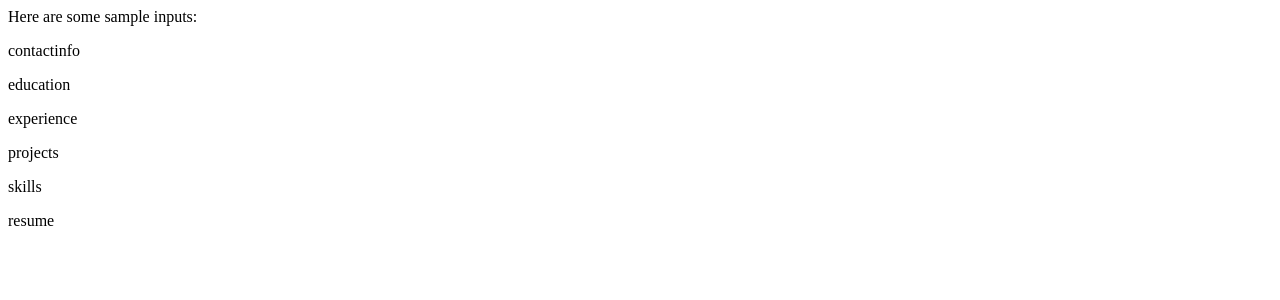
Repository: phanindrakannaji/Resume
Page: http://localhost/application/pages/help.php
The author's editor kept a copy of each file at every save. The page is drawn from the files as they stood at one save, then again after the next save.
The browser window is 1280 px wide. The pictures show the whole page.
The page is run by PHP 8.4 with error messages shown; the project is at /var/www/html/.

Above is the page before, as saved 2016-09-25 20:58:28.
Console error: ReferenceError: $ is not defined

After the next save:
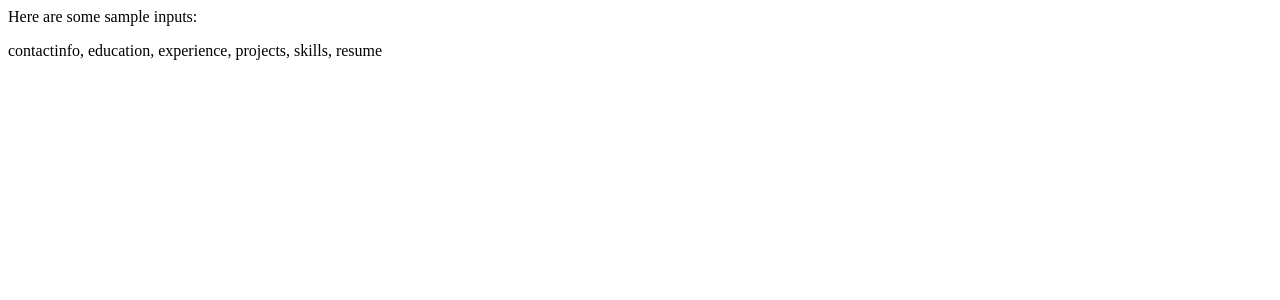
Saved 5 min 23 s later.
--- a/Resume/application/pages/help.php
+++ b/Resume/application/pages/help.php
@@ -1,8 +1,3 @@
 <script type="text/javascript" src="../resources/scripts/refreshScript.js"></script>
 <p class='normaltext customfont'>Here are some sample inputs:</p>
-<p class='normaltext customfont'>contactinfo</p>
-<p class='normaltext customfont'>education</p>
-<p class='normaltext customfont'>experience</p>
-<p class='normaltext customfont'>projects</p>
-<p class='normaltext customfont'>skills</p>
-<p class='normaltext customfont'>resume</p>
+<p class='normaltext customfont'>contactinfo, education, experience, projects, skills, resume</p>
